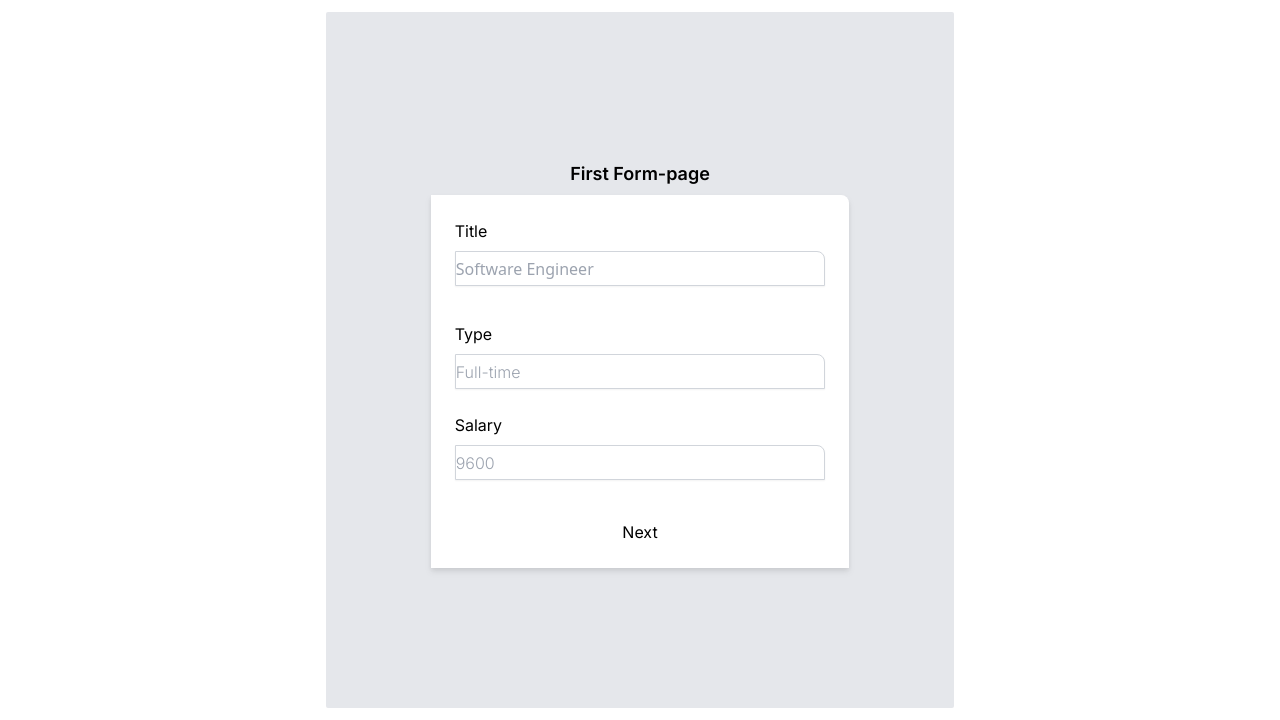
Repository: Abdibaye/Job-Sphere
Page: /form
An editor plug-in stored every save of this project. The page is shown before and after the next save, followed by the edit.
The browser window is 1280 px wide. The pictures show the whole page.
The project was rebuilt for these pictures with package versions that can differ from the ones it lists, and the page was loaded fresh each time. Also part of the build but not shown: vite.config.js, src/components/search.jsx, src/components/navbar.jsx, src/pages/descriptionpage.jsx, src/components/job.jsx, src/components/feed.jsx, src/components/saved.jsx, src/components/filter.jsx and 4 more.

Above is the page before, as saved 2025-02-23 01:18:47.

### index.html
<!doctype html>
<html lang="en">
  <head>
    <meta charset="UTF-8" />
    <link rel="icon" type="image/svg+xml" href="/vite.svg" />

    <link rel="preconnect" href="https://fonts.googleapis.com">
    <link rel="preconnect" href="https://fonts.gstatic.com" crossorigin>
    <link href="https://fonts.googleapis.com/css2?family=Inter:ital,opsz,wght@0,14..32,100..900;1,14..32,100..900&family=Open+Sans:ital,wght@0,300..800;1,300..800&family=Poppins:wght@100;200;300;400;600;700&display=swap" rel="stylesheet">

    <meta name="viewport" content="width=device-width, initial-scale=1.0" />
    <title>Vite + React</title>
  </head>
  <body>
    <div id="root"></div>
    <script type="module" src="/src/main.jsx"></script>
  </body>
</html>

### src/main.jsx
import { StrictMode } from 'react'
import { createRoot } from 'react-dom/client'
import './index.css'
import App from './App.jsx'
import Description from './pages/descriptionpage.jsx'
import HomePage from './pages/homepage.jsx'

createRoot(document.getElementById('root')).render(
  <StrictMode>
    <App />
  </StrictMode>,
)

### src/App.jsx
import Navbar from "./components/navbar";
import Description from "./pages/descriptionpage";
import HomePage from "./pages/homepage";
import LoginPage from "./pages/loginpage";
import SignUp from "./pages/Signup";
import { BrowserRouter, Routes, Route, Outlet } from "react-router-dom";
import Feed from "./components/feed";
import Forms from "./pages/formpage";

function App() {
  return (
    <BrowserRouter>
      <Routes>
        {/* Default route for login */}
        <Route path="/" element={<LoginPage />} />

        {/* Nested routes under Navbar */}
        <Route path="/navbar" element={<Navbar />}>
          <Route index element={<HomePage    />} /> {/* Default child route */}
          <Route path="description" element={<Description />} /> {/* Relative path */}
        </Route>

        {/* Signup route */}
        <Route path="/signup" element={<SignUp />} />


        <Route path='/form' element = {<Forms />} />
      </Routes>
    </BrowserRouter>
  );
}

export default App;

### src/pages/formpage.jsx
import { BrowserRouter, Routes, Route, Link, Outlet } from "react-router-dom";
import Form from "../components/form";



function Forms(){
    return(
        <>
        <div>
        <Form />
        <Outlet />
        </div>
        </>
    )


}



export default Forms;

### src/components/form.jsx
import { useFormik } from "formik";

const initialValues = {
  title: '',
  type: '',
  salary: ''
}

function Form() {
  const { values, handleBlur, handleChange, handleSubmit } = useFormik({
    initialValues: initialValues,
    onSubmit: (value) => {
      console.log(value);
    }
  });

  console.log("empty:" + values.title);

  return (
    <div className="h-screen font-inter flex justify-center p-3">
      <div className="bg-gray-200 w-1/2 rounded-sm flex flex-col justify-center items-center">
        <h1 className="m-2 font-[600] text-[18px]">First Form-page</h1>
        <form onSubmit={handleSubmit} className="bg-[#fff] w-2/3 h-fit flex flex-col justify-center p-6 rounded-tr-lg drop-shadow-md">
          <label className="mb-2">Title</label>
          <input
            name="title"
            value={values.title}
            onChange={handleChange}
            onBlur={handleBlur}
            className="mb-3 h-[35px] border border-gray-300 rounded-tr-lg shadow-sm focus:outline-none font-sans font-light"
            type="text"
            placeholder="Software Engineer"
          />
          <br></br>
          <label className="mb-2">Type</label>
          <input
            name="type"
            value={values.type}
            onChange={handleChange}
            onBlur={handleBlur}
            className="h-[35px] border border-gray-300 rounded-tr-lg shadow-sm focus:outline-none font-light"
            type="text"
            placeholder="Full-time"
          />
          <br></br>
          <label className="mb-2">Salary</label>
          <input
            name="salary"
            value={values.salary}
            onChange={handleChange}
            onBlur={handleBlur}
            className="h-[35px] border border-gray-300 rounded-tr-lg shadow-sm focus:outline-none font-light"
            type="text"
            placeholder="9600"
          />
          <br></br>
          <button type="submit" className="mt-4">Next</button>
        </form>
      </div>
    </div>
  );
}

export default Form;

### tailwind.config.js
/** @type {import('tailwindcss').Config} */
export default {
  content: [
    "./index.html",
    "./src/**/*.{js,ts,jsx,tsx}",
  ],
  theme: {
    extend: {
      fontFamily: {
        'inter': ['Inter', 'sans-serif'],
      },
    },
  },
  plugins: [],
}

Loaded but not shown: src/index.css (common file)

After the next save:
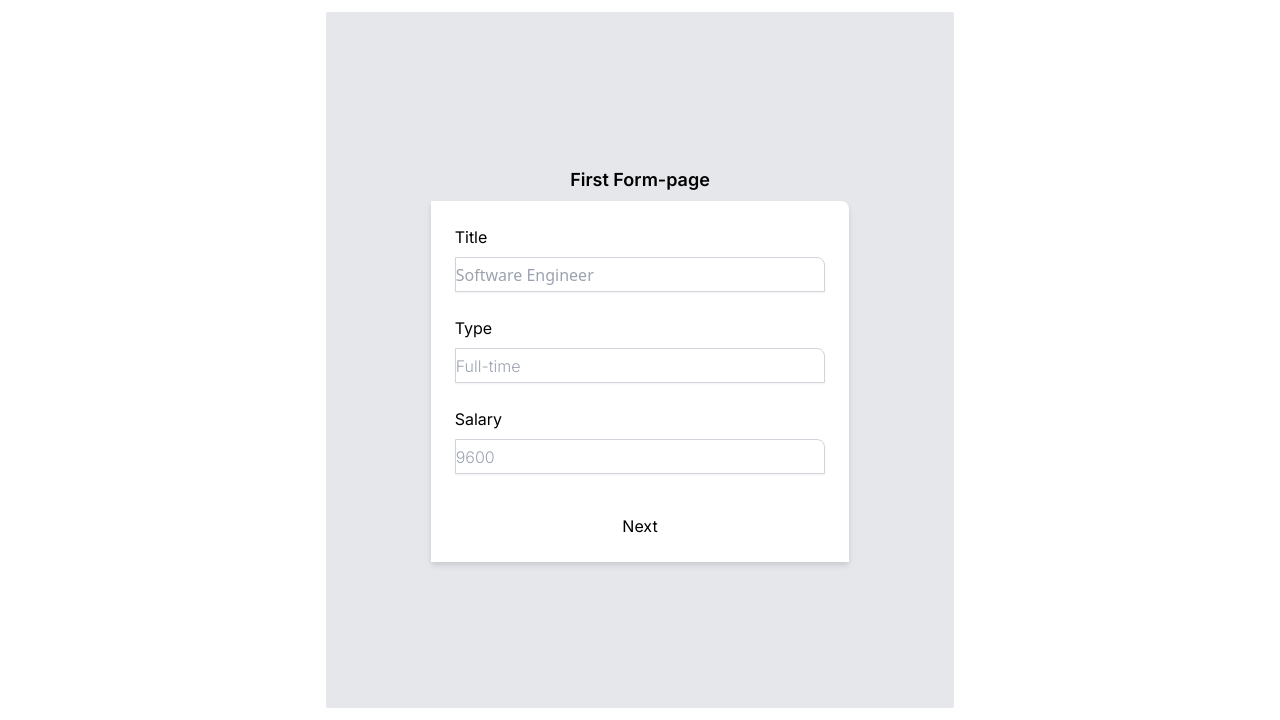
Saved 7 s later.
--- a/src/components/form.jsx
+++ b/src/components/form.jsx
@@ -27,7 +27,7 @@ function Form() {
             value={values.title}
             onChange={handleChange}
             onBlur={handleBlur}
-            className="mb-3 h-[35px] border border-gray-300 rounded-tr-lg shadow-sm focus:outline-none font-sans font-light"
+            className=" h-[35px] border border-gray-300 rounded-tr-lg shadow-sm focus:outline-none font-sans font-light"
             type="text"
             placeholder="Software Engineer"
           />
